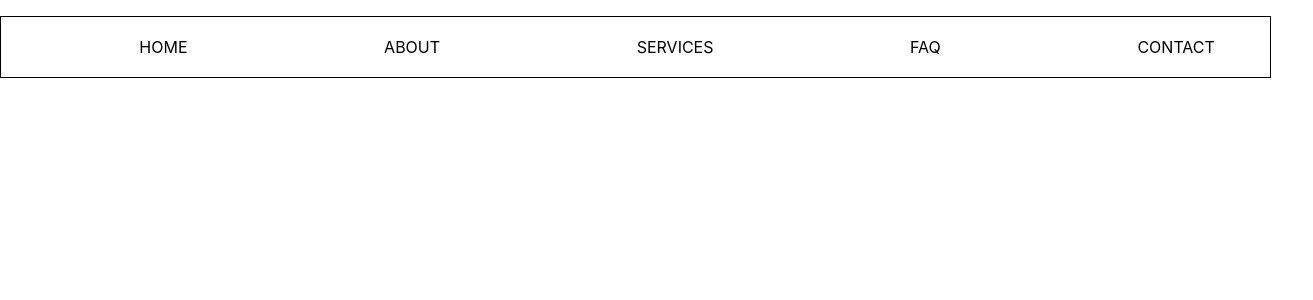
Repository: sriram1224/reactas1.github.io
Page: /
An editor plug-in stored every save of this project. The page is shown before and after the next save, followed by the edit.
The browser window is 1280 px wide. The page is 1313 px wide, so the pictures cover 1313 px, including what lies to the right of the window. The pictures show the whole page.
The project was rebuilt for these pictures with package versions that can differ from the ones it lists, and the page was loaded fresh each time.

Above is the page before, as saved 2024-03-05 06:57:28.

After the next save:
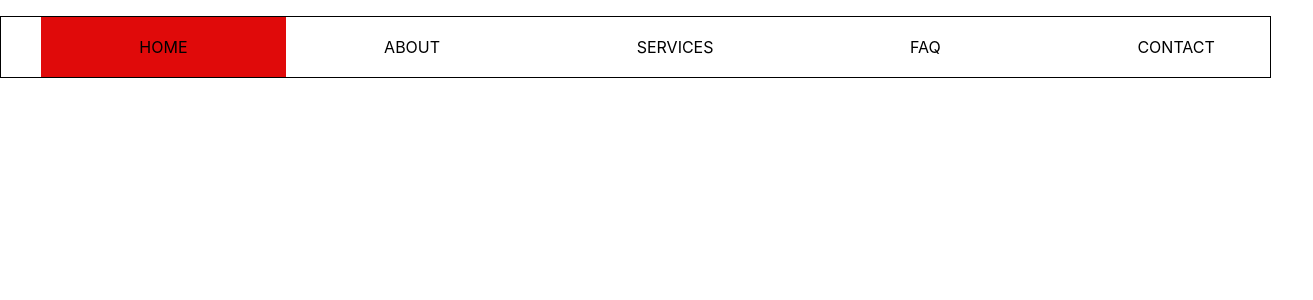
Saved 3 s later.
--- a/src/Components/Nav.js
+++ b/src/Components/Nav.js
@@ -4,7 +4,7 @@ function Nav(){
     return (
         <nav className='Nav'>
             <ul>
-                <li>HOME</li>
+                <li id='first'>HOME</li>
                 <li>ABOUT</li>
                 <li>SERVICES</li>
                 <li>FAQ</li>
